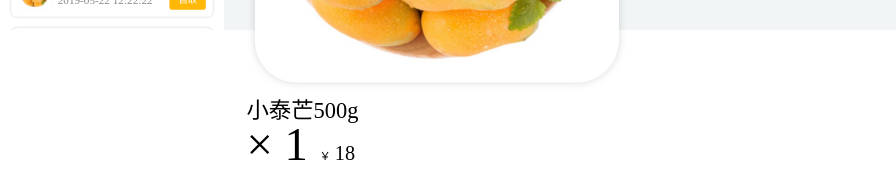
Repository: missing-star/fruit
Page: index.html
An editor plug-in stored every save of this project. The page is shown before and after the next save, followed by the edit.
The browser window is 1280 px wide. The pictures show the part of the page from y = 677 to 2597 px (the page is 920 px tall before and 19896 px after), at 70% of full size.

Above is the page before, as saved 2019-07-12 17:11:29.

### index.html
<!DOCTYPE html>
<html lang="en">

<head>
    <meta charset="UTF-8">
    <meta name="viewport" content="width=device-width, initial-scale=1.0">
    <meta http-equiv="X-UA-Compatible" content="ie=edge">
    <title>水果收银系统</title>
    <link rel="stylesheet" href="./css/index.css">
</head>

<body>
    <div id="app">
        <header class="title-bar">
            <p class="title">水果收银系统</p>
            <div class="right-part-show">
                <img src="./images/setting.png" alt="设置" class="setting-icon">
                <p class="show-current-time">{{currentTime}}</p>
            </div>
        </header>
        <ul class="category-tab">
            <li class="category-item" :class="{active:currentIndex == 0}" @click="switchTab(0)">
                <p class="category-title">结算区</p>
            </li>
            <li class="category-item" :class="{active:currentIndex == 1}" @click="switchTab(1)">
                <p class="category-title">线上订单</p>
            </li>
            <li class="category-item" :class="{active:currentIndex == 2}" @click="switchTab(2)">
                <p class="category-title">线下订单</p>
            </li>
            <li class="category-item" :class="{active:currentIndex == 3}" @click="switchTab(3)">
                <p class="category-title">商家报表</p>
            </li>
        </ul>
        <!-- 结算区 -->
        <div v-show="currentIndex == 0" class="main-content">
            <div class="operation-wrapper">
                <ul class="goods-list-wrapper">
                    <li v-for="n in 10" class="goods-item">
                        <div class="goods-pic-wrapper">
                            <span class="delete-icon pointer"></span>
                            <img src="./images/goods.png" class="goods-pic">
                        </div>
                        <div class="goods-detail">
                            <p class="goods-title">苹果</p>
                            <p class="goods-spec">规格：12元/250g</p>
                            <p class="goods-money">
                                <span class="goods-weight">重量357g</span>
                                <span class="goods-price">
                                    <i class="money-icon black">￥</i>
                                    <i class="money-number black">18</i>
                                </span>
                            </p>
                        </div>
                    </li>
                </ul>
                <div class="calculator-scope">
                    <div class="show-total-money">
                        <p class="total-title">共4件商品</p>
                        <p class="total-money">
                            <span class="money-title">合计</span>
                            <span class="show-money">
                                <i class="money-icon blue">￥</i>
                                <i class="money-number blue">54.00</i>
                            </span>
                        </p>
                    </div>
                    <div class="operation-group">
                        <div class="left-part">
                            <button class="order-list pointer">挂单列表</button>
                            <button class="go-order pointer">挂单</button>
                        </div>
                        <button class="right-part pointer">
                            结算
                        </button>
                    </div>
                </div>
            </div>
            <div class="goods-choice-wrapper">
                <ul class="goods-category-wrapper">
                    <li @click="switchSubTab(n-1)" :class="{active:subCurrentIndex == n-1}" v-for="n in 20"
                        class="goods-category-item pointer">
                        分类
                    </li>
                </ul>
                <ul class="goods-choice-list">
                    <li v-for="n in 20" class="goods-choice-item">
                        <img src="./images/goods.png" class="goods-show-pic">
                        <p class="goods-desc">
                            <span class="goods-name">小泰芒</span>
                            <span class="price-weight">23元 / 250g</span>
                        </p>
                    </li>
                </ul>
            </div>
        </div>
        <div v-show="currentIndex == 1" class="main-content">
            <div class="operation-wrapper">
                <ul class="tab-wrapper">
                    <li @click="switchOnlineTab(0)" :class="{active:onlineCurrentIndex == 0}" class="tab-item pointer">
                        未接单</li>
                    <li @click="switchOnlineTab(1)" :class="{active:onlineCurrentIndex == 1}" class="tab-item pointer">
                        已接单</li>
                </ul>
                <div class="order-list-wrapper">
                    <ul v-show="onlineCurrentIndex == 0" class="accept-wrapper">
                        <li @click="getOrderDetail(0,n)" v-for="n in 20" class="order-item pointer"
                            :class="{active:currentOrder == n && onlineCurrentIndex == 0}">
                            <img src="./images/goods.png" class="order-goods-pic">
                            <div class="order-detail">
                                <p class="order-number">单号：12365425</p>
                                <p class="order-date">2019-05-22 12:22:22</p>
                            </div>
                            <button class="post-way self">自取</button>
                        </li>
                    </ul>
                    <ul v-show="onlineCurrentIndex == 1" class="accept-wrapper">
                        <li @click="getOrderDetail(1,n)" v-for="n in 20" class="order-item pointer"
                            :class="{active:currentOrder == n && onlineCurrentIndex == 1}">
                            <img src="./images/goods.png" class="order-goods-pic">
                            <div class="order-detail">
                                <p class="order-number">单号：12365425</p>
                                <p class="order-date">2019-05-22 12:22:22</p>
                            </div>
                            <button class="post-way post">自取</button>
                        </li>
                    </ul>
                </div>
            </div>
            <div class="order-detail-wrapper">
                <div class="user-info">
                    <div class="user-address info-part">
                        <img src="./images/location.png" class="location">
                        <div class="address-detail">
                            <p class="address">江苏省南京市江宁区泥塘小区2栋1306室</p>
                            <p class="user-detail">张三 13526987415</p>
                        </div>
                    </div>
                    <div class="user-comment info-part">
                        <p class="comment-title">备注</p>
                        <p class="user-detail">多放水果</p>
                    </div>
                </div>
                <ul class="order-detail-goods-list-wrapper">
                    <li class="order-detail-goods-item">
                        <img src="./images/goods.png" class="order-detail-goods-pic">
                        <div class="order-detail-goods-detail">
                            <p class="title">小泰芒500g</p>
                            <p class="number-money">
                                <span class="goods-num">× 1</span>
                                <span class="goods-price">
                                    <i class="money-icon black">￥</i>
                                    <i class="money-number black">18</i>
                                </span>
                            </p>
                        </div>
                    </li>
                </ul>
            </div>
        </div>
        <div v-show="currentIndex == 2" class="main-content">

        </div>
        <div v-show="currentIndex == 3" class="main-content">

        </div>
    </div>
    <script src="https://cdn.bootcss.com/vue/2.6.10/vue.js"></script>
    <script src="./js/index.js"></script>
</body>

</html>

### css/index.css
html,body,div#app{
    height: 100%;
    background: #FFFFFF;
    min-width: 1200px;
}
body{
    font-size: calc(100vw / 19.2);
}
*{
    padding: 0;
    margin: 0;
    list-style: none;
    box-sizing: border-box;
    line-height: 100%;
    color: #000000;
    font-style: normal;
}
header.title-bar {
    background: #F2F5F6;
    padding: 1rem;
    height: 7%;
    display: flex;
    align-items: center;
    justify-content: space-between;
}
p.title {
    font-size: 2rem;
}
.right-part-show {
    display: flex;
    align-items: center;
    justify-content: space-around;
}
img.setting-icon {
    width: 1.5rem;
    margin-right: 1rem;
    cursor: pointer;
}
p.show-current-time {
    font-size: 1rem;
    background: #FFFFFF;
    padding: 0.5rem 1rem;
    border-radius: 10rem;
}
ul.category-tab {
    width: 100%;
    height: 14%;
    display: flex;
    align-items: center;
    justify-content: space-around;
    background: #C8DDE5;
}
li.category-item{
    width: 100%;
    height: 100%;
    display: flex;
    align-items: center;
    justify-content: center;
    padding: 10px;
    cursor: pointer;
}
li.category-item p.category-title {
    color: #5D5D5D;
    border: 1px solid #FFFFFF;
    border-radius: 5px;
    width: 100%;
    height: 100%;
    display: flex;
    align-items: center;
    justify-content: center;
    white-space: nowrap;
    font-size: 2.5rem;
}
li.category-item.active{
    background: #21AFE9;
}
li.category-item.active p.category-title{
    color: #FFFFFF;
}
.pointer{
    cursor: pointer;
}
.main-content {
    height: 79%;
    display: flex;
}
.operation-wrapper {
    width: 25%;
    height: 100%;
}
li.goods-item {
    height: 13vh;
    box-shadow: 0px 0px 4px 0px rgba(0,0,0,0.2);
    border-radius: 10px;
    margin: 1rem 0;
    display:flex;
}
.goods-pic-wrapper {
    position: relative;
    height: 100%;
    width: 30%;
    padding: 1rem;
}
img.goods-pic {
    width: 100%;
    height: auto;
}
ul.goods-list-wrapper {
    height: 75%;
    overflow: auto;
    padding: 0.5rem;
}
.calculator-scope {
    height: 25%;
}
span.delete-icon {
    width: 1.5rem;
    height: 1.5rem;
    background: url(../images/delete.png) no-repeat;
    background-size: 100% 100%;
    display: block;
    position: absolute;
    left: 0.5rem;
    top: 0.5rem;
}
.goods-detail {
    width: 70%;
    height: 100%;
}
p.goods-title {
    color: #000000;
    font-size: 2rem;
}
p.goods-spec {
    color: #6B6B6B;
    font-size: 1.2rem;
}
p.goods-money {
    display: flex;
    align-items: center;
    justify-content: space-between;
}
span.goods-weight {
    color: #FE7204;
    font-size: 1.5rem;
}
span.goods-price {
    font-size: 1.5rem;
}
.goods-detail {
    width: 70%;
    height: 100%;
    display: flex;
    flex-direction: column;
    justify-content: space-between;
    padding: 1rem;
}
i.money-number {
    font-size: 1.8rem;
}
i.money-icon {
    font-size: 1rem;
}
i.money-number.blue,i.money-icon.blue{
    color: #21AFE9;
}

.calculator-scope {
    border-top: 2px solid rgba(242,245,246,1);
    padding: 1rem;
}
div.show-total-money {
    background: rgba(242,245,246,1);
    display: flex;
    align-items: center;
    justify-content: space-between;
    font-size: 1.2rem;
    height: 30%;
    padding: 1rem;
    border-radius: 0.5rem;
    box-shadow:0px 1px 4px 0px rgba(0,0,0,0.2);
}
.operation-group {
    display: flex;
    align-items: center;
    justify-content: space-between;
    height: 70%;
    padding-top: 1rem;
}
p.total-title {
    color: #5D5D5D;
}
span.money-title {
    color: #333333;
}
button.order-list.pointer {
    background: #FFC639;
    outline: 0;
    border: none;
    color: #FFFFFF;
    width: 100%;
    height: 40%;
}
.left-part {
    width: 55%;
    height: 100%;
    display: flex;
    flex-direction: column;
    align-items: flex-start;
    justify-content: space-between;
}
button.order-list.pointer,button.go-order.pointer {
    border-radius: 0.5rem;
    background: #FFC639;
    outline: 0;
    border: none;
    color: #FFFFFF;
    width: 85%;
    height: 44%;
    font-size: 1.5rem;
}
button.go-order.pointer {
    background: #FF7A05;
}
.right-part {
    background: #21AFE9;
    border-radius: 0.5rem;
    color: #FFFFFF;
    font-size: 2rem;
    width: 45%;
    height: 100%;
    display: flex;
    align-items: center;
    justify-content: center;
    outline: 0;
    border:none;
}
ul.goods-category-wrapper {
    height: 100%;
    overflow: auto;
}
.goods-choice-wrapper {
    width: 75%;
    display: flex;
}
ul.goods-category-wrapper {
    width: 15%;
    height: 100%;
    overflow: auto;
}
li.goods-category-item {
    font-size: 1.5rem;
    display: flex;
    align-items: center;
    justify-content: center;
    height: 4rem;
    background: #EAEFF1;
    color: #5D5D5D;
    border-bottom: 2px solid #FFFFFF;
}
li.goods-category-item.active{
    background: #21AFE9;
    color: #FFFFFF;
}
ul.goods-choice-list {
    height: 100%;
    overflow: auto;
    width: 85%;
    background: #F2F5F6;
    display: flex;
    flex-wrap: wrap;
}
img.goods-show-pic {
    width: 100%;
}
li.goods-choice-item {
    width: 25%;
    margin: 2% calc(25% / 6);
    background: #FFFFFF;
    border-radius: 1rem;
    padding: 1rem;
}
p.goods-desc {
    display: flex;
    flex-direction: column;
    padding: 0 1rem;
}
span.goods-name {
    color: #333333;
    font-size: 2rem;
    margin-bottom: 1rem;
}
span.price-weight {
    color: #888888;
    font-size: 1.3rem;
}
ul::-webkit-scrollbar {
    height: 0;
    width: 4px;
}
ul::-webkit-scrollbar {
    width: 5px; /*对垂直流动条有效*/
    height: 0px; /*对水平流动条有效*/
}

/*定义滚动条的轨道颜色、内阴影及圆角*/
ul::-webkit-scrollbar-track{
    background-color: #FFFFFF;
    border-radius: 3px;
}


/*定义滑块颜色、内阴影及圆角*/
ul::-webkit-scrollbar-thumb{
    border-radius: 7px;
    background-color: #aaa;
}
ul.tab-wrapper{
    width: 100%;
    height: 8%;
    font-size: 1.5rem;
    display: flex;
    align-items: center;
    justify-content: space-around;
    border-bottom: 1px solid rgba(242,245,246,1);
}
li.tab-item{
    color: #888888;
    position: relative;
    width: 50%;
    text-align:center;
    height: 100%;
    display: flex;
    align-items: center;
    justify-content: center;
}
li.tab-item.active{
    color: #21AFE9;
}
li.tab-item.active:after{
    content: '';
    width: 80%;
    height: 2px;
    background: #21AFE9;
    position: absolute;
    bottom: -1px;
    left: 10%;
}
.order-list-wrapper {
    height: 92%;
}
ul.accept-wrapper {
    width: 100%;
    height: 100%;
    overflow: auto;
}
li.order-item {
    display: flex;
    align-items: center;
    justify-content: space-between;
    height: 13%;
    font-size: 1rem;
    box-shadow: 0px 0px 4px 0px rgba(0,0,0,0.2);
    border-radius: 0.5rem;
    margin: 1rem;
    padding: 0.6rem;
}
img.order-goods-pic{
    height: 100%;
}
button.post-way {
    align-self: flex-end;
    border: none;
    outline: 0;
    color: #FFFFFF;
    padding: 0.5rem 0.8rem;
    border-radius: 0.2rem;
}
button.post-way.self{
    background: #FFB807;
}
button.post-way.post{
    background: #FF7A05;
}
p.order-number {
    color: #5D5D5D;
    font-size: 1.3rem;
}
p.order-date {
    color: #888888;
    font-size: 1rem;
}
.order-detail {
    flex: 1;
    height: 85%;
    display: flex;
    align-items: flex-start;
    padding-left: 0.5rem;
    justify-content: space-around;
    flex-direction: column;
}
li.order-item.active{
    background: #C8DDE5;
}
.order-detail-wrapper {
    width: 75%;
    height: 100%;
    background: #F2F5F6;
    padding: 2rem;
}
.user-info {
    display: flex;
    align-items: center;
    justify-content: space-between;
    font-size: 1rem;
}
.info-part {
    box-shadow: 0px 0px 4px 0px rgba(0,0,0,0.2);
    border-radius: 0.5rem;
    width: 49%;
    padding: 1rem;
    height: 5rem;
    display: flex;
    align-items: center;
    background: #FFFFFF;
}
img.location{
    width: 1.5rem;
}
.address-detail{
    padding-left: 1rem;
}
p.address {
    color: #333333;
    font-size: 1.2rem;
    padding-bottom: 0.5rem;
}
p.user-detail {
    font-size: 0.9rem;
    padding-top: 0.5rem;
}
.user-comment.info-part {
    display: flex;
    flex-direction: column;
    align-items: flex-start;
}
p.comment-title {
    color: #666666;
    padding-bottom: 0.5rem;
    width: 100%;
    border-bottom: 1px solid #F2F5F6;
}

### js/index.js
new Vue({
    el: '#app',
    data: {
        currentTime: '0000-00-00 00:00:00',
        currentIndex:1,
        subCurrentIndex:0,
        onlineCurrentIndex:0,
        currentOrder:1
    },
    methods: {
        getCurrentTime: function () {
            var date = new Date();
            var year = date.getFullYear();
            var month = (date.getMonth() + 1) < 10 ? '0' + (date.getMonth() + 1) : (date.getMonth() + 1);
            var day = date.getDate() < 10 ? '0' + date.getDate() : date.getDate();
            var hour = date.getHours() < 10 ? '0' + date.getHours() : date.getHours();
            var minute = date.getMinutes() < 10 ? '0' + date.getMinutes() : date.getMinutes();
            var second = date.getSeconds() < 10 ? '0' + date.getSeconds() : date.getSeconds();
            this.currentTime = year + '-' + month + '-' + day + ' ' + hour + ':' + minute + ':' + second;
        },
        switchTab:function(index) {
            if(this.currentIndex != index) {
                this.currentIndex = index;
            }
        },
        switchSubTab:function(index) {
            if(this.subCurrentIndex != index) {
                this.subCurrentIndex = index;
            }
        },
        switchOnlineTab:function(index) {
            if(this.onlineCurrentIndex != index) {
                this.onlineCurrentIndex = index;
            }
        },
        getOrderDetail:function(onlineCurrentIndex,currentOrder) {
            if(this.onlineCurrentIndex != onlineCurrentIndex || currentOrder != this.currentOrder) {
                this.onlineCurrentIndex = onlineCurrentIndex;
                this.currentOrder = currentOrder;
            }
        }
    },
    created: function () {
        var vm = this;
        vm.getCurrentTime();
        setInterval(function(){
            vm.getCurrentTime();
        }, 1000);
    }
});

After the next save:
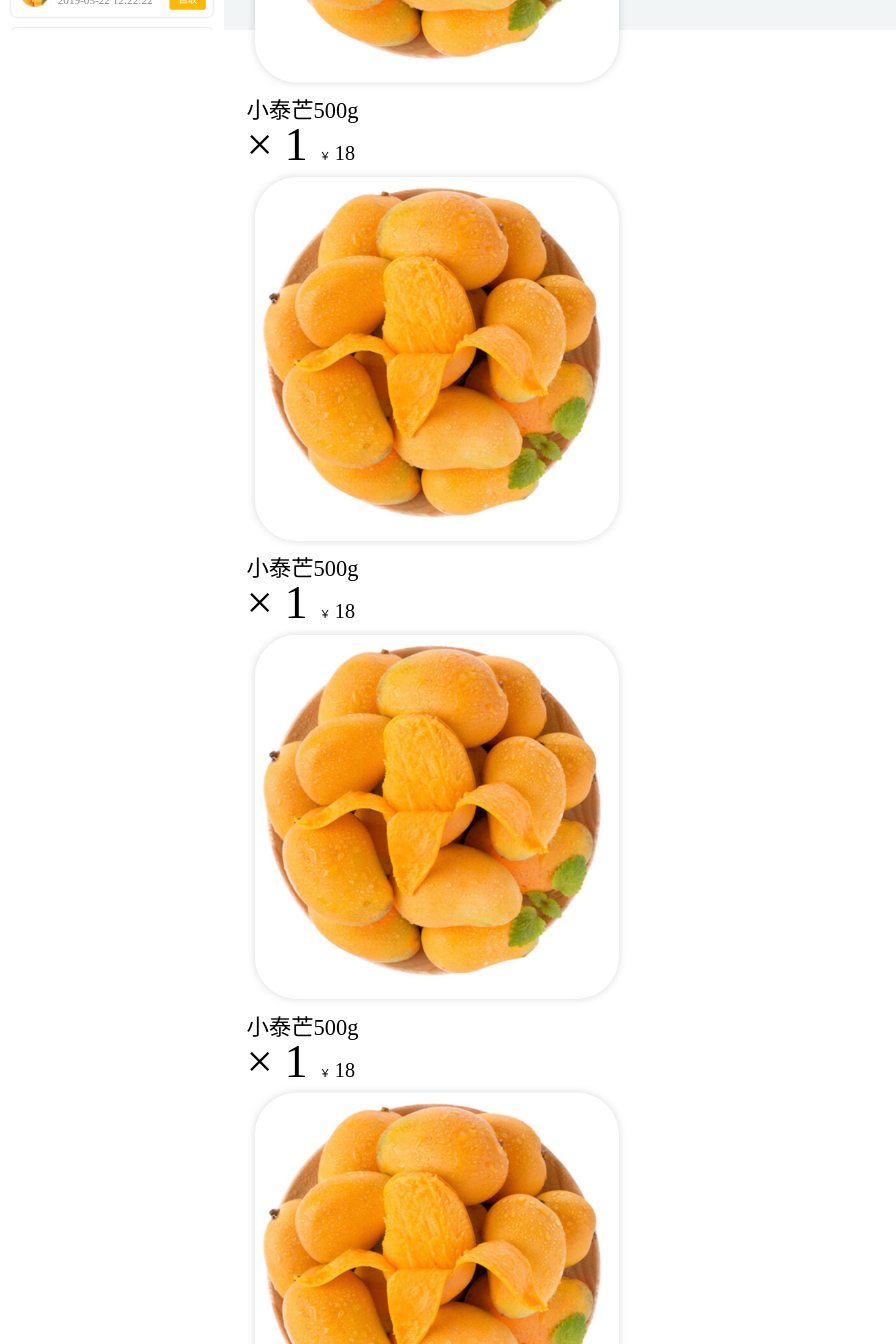
Saved 11 s later.
--- a/index.html
+++ b/index.html
@@ -142,7 +142,7 @@
                     </div>
                 </div>
                 <ul class="order-detail-goods-list-wrapper">
-                    <li class="order-detail-goods-item">
+                    <li v-for="n in 30" class="order-detail-goods-item">
                         <img src="./images/goods.png" class="order-detail-goods-pic">
                         <div class="order-detail-goods-detail">
                             <p class="title">小泰芒500g</p>
